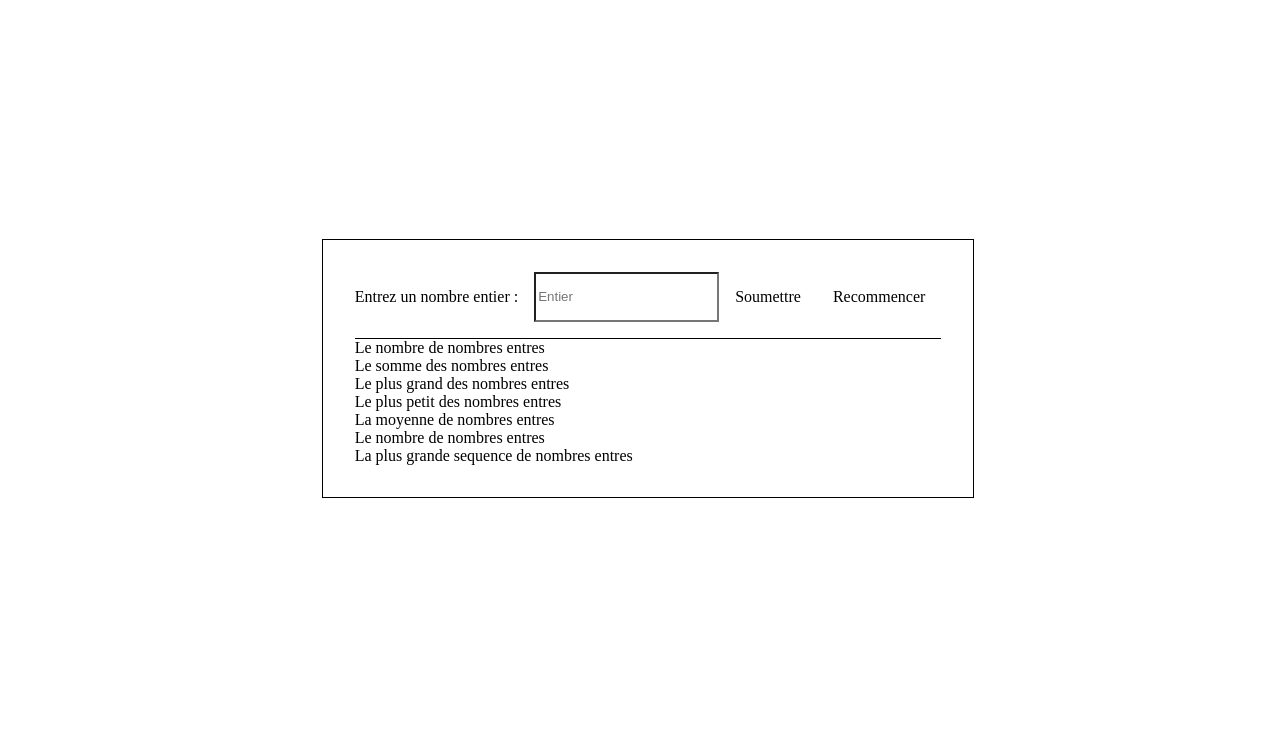
Repository: Thomas088/asbl-proforma
Page: exercices/js/ex-01/index.html
An editor plug-in stored every save of this project. The page is shown before and after the next save, followed by the edit.
The browser window is 1280 px wide. The page is 1288 px wide, so the pictures cover 1288 px, including what lies to the right of the window. The pictures show the whole page.

Above is the page before, as saved 2020-03-20 01:53:41.

### exercices/js/ex-01/index.html
<!DOCTYPE html>
<html lang="en">
<head>
    <meta charset="UTF-8">
    <meta name="viewport" content="width=device-width, initial-scale=1.0">
    <link rel="stylesheet" href="./style.css">
    <title>Numbers</title>
</head>
<body>

    <div class="tableau">
        <div class="entry-user">
            <p>Entrez un nombre entier :</p>
            <input type="number" name="entry" class="user-entry" placeholder="Entier">
            <div class="submit-number">Soumettre</div>
            <div class="restart">Recommencer</div>
        </div>

        <div class="total-entries">
            <span>Le nombre de nombres entres</span>
            <div class="result total-entries-result"></div>
        </div>

        <div class="sum-entries">
            <span>Le somme des nombres entres</span>
            <div class="result sum-entries-result"></div>
        </div>

        <div class="max-entries">
            <span>Le plus grand des nombres entres</span>
            <div class="result max-entries-result"></div>
        </div>

        <div class="min-entries">
            <span>Le plus petit des nombres entres</span>
            <div class="result"></div>
        </div>

        <div class="avarage-entries">
            <span>La moyenne de nombres entres</span>
            <div class="result min-entries-result"></div>
        </div>

        <div class="list-of-entries">
            <span>Le nombre de nombres entres</span>
            <div class="result list-of-entries-result"></div>
        </div>

        <div class="sequence-entries">
            <span>La plus grande sequence de nombres entres</span>
            <div class="result sequence-entriesresult"></div>
        </div>

    </div>

    <script src="./index.js"></script>
</body>
</html>

### exercices/js/ex-01/style.css
body {
    width: 100vw;
    height: 100vh;
    display: flex;
    justify-content: center;
    align-items: center;
}

.tableau {
    border: 1px solid #000;
    padding: 2em;
}

.entry-user {
    display: flex;
    padding-bottom: 1rem;
    border-bottom: 1px solid #000;
}

.entry-user p {
    padding-right: 1em;
}

.user-entry {
    outline: none;
    appearance: none;
}

.submit-number, .restart {
    display: flex;
    justify-content: center;
    align-items: center;
    border: 1px solix gray;
    padding: 0 1rem;
}

### exercices/js/ex-01/index.js
window.addEventListener("DOMContentLoaded", function () {



})

After the next save:
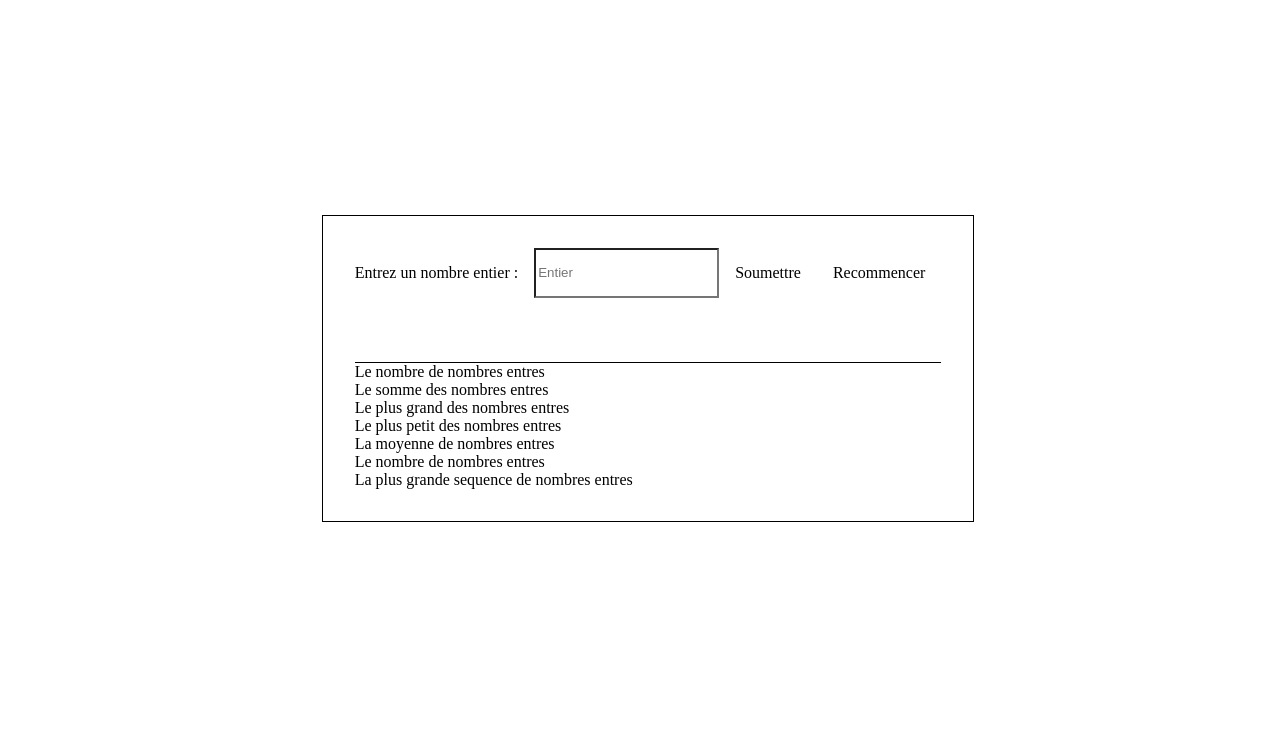
Saved 11 s later.
--- a/exercices/js/ex-01/style.css
+++ b/exercices/js/ex-01/style.css
@@ -13,7 +13,7 @@
 
 .entry-user {
     display: flex;
-    padding-bottom: 1rem;
+    padding-bottom: 4rem;
     border-bottom: 1px solid #000;
 }
 

After the save that followed:
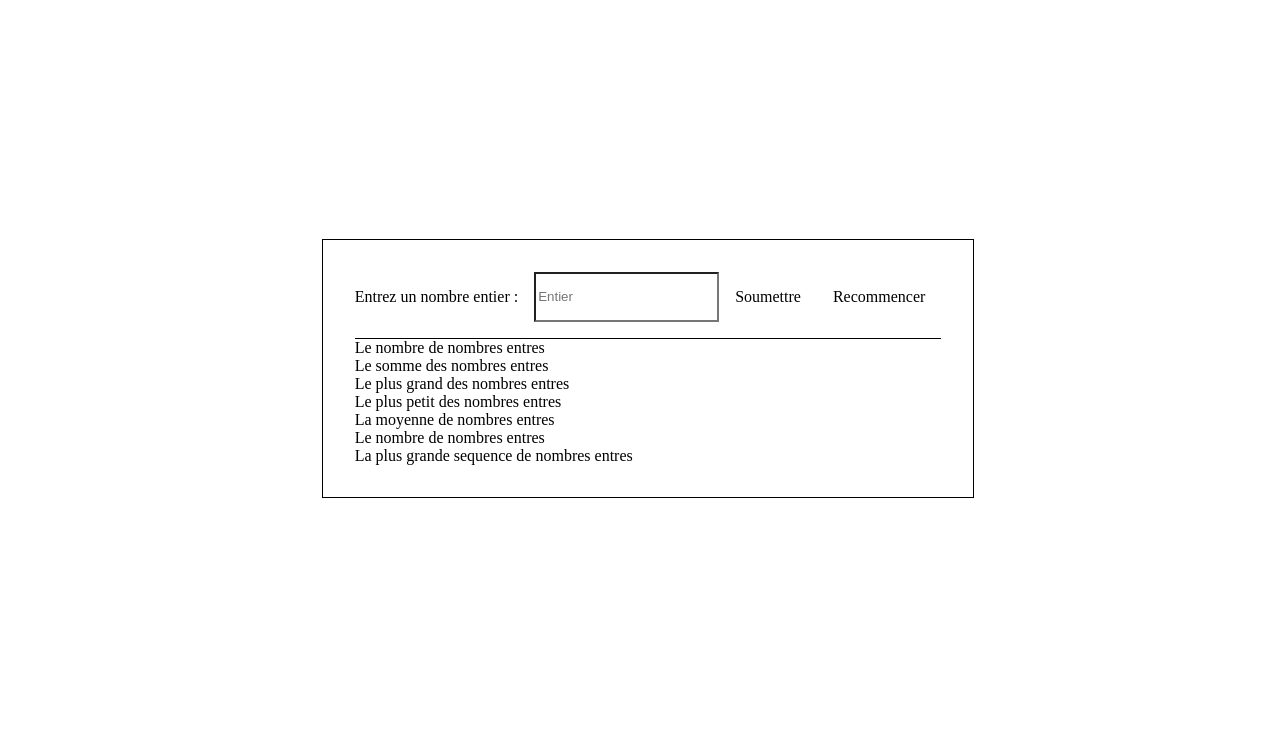
Saved 10 s later.
--- a/exercices/js/ex-01/style.css
+++ b/exercices/js/ex-01/style.css
@@ -13,7 +13,7 @@
 
 .entry-user {
     display: flex;
-    padding-bottom: 4rem;
+    padding-bottom: 1rem;
     border-bottom: 1px solid #000;
 }
 
